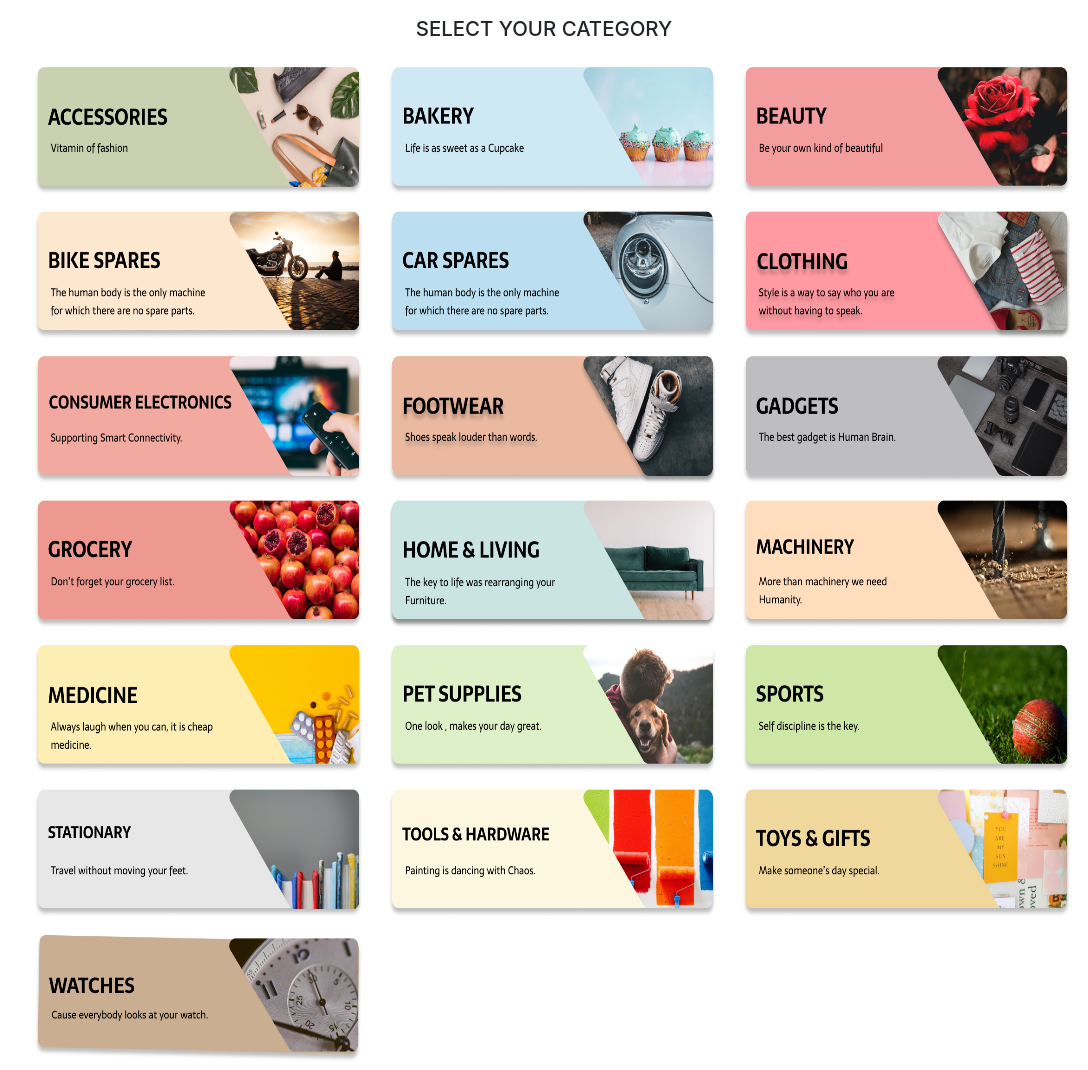
Repository: simranbhurat/WhiteLeaf
Page: frontend/category.html
These files come from the project's save history. The page is drawn as it stood at one moment and after the next save; the edit follows.
The browser window is 1280 px wide. The pictures show the whole page, at 85% of full size.
Some web libraries are served in a nearby version.

Above is the page before, as saved 2020-07-24 23:09:23.

After the next save:
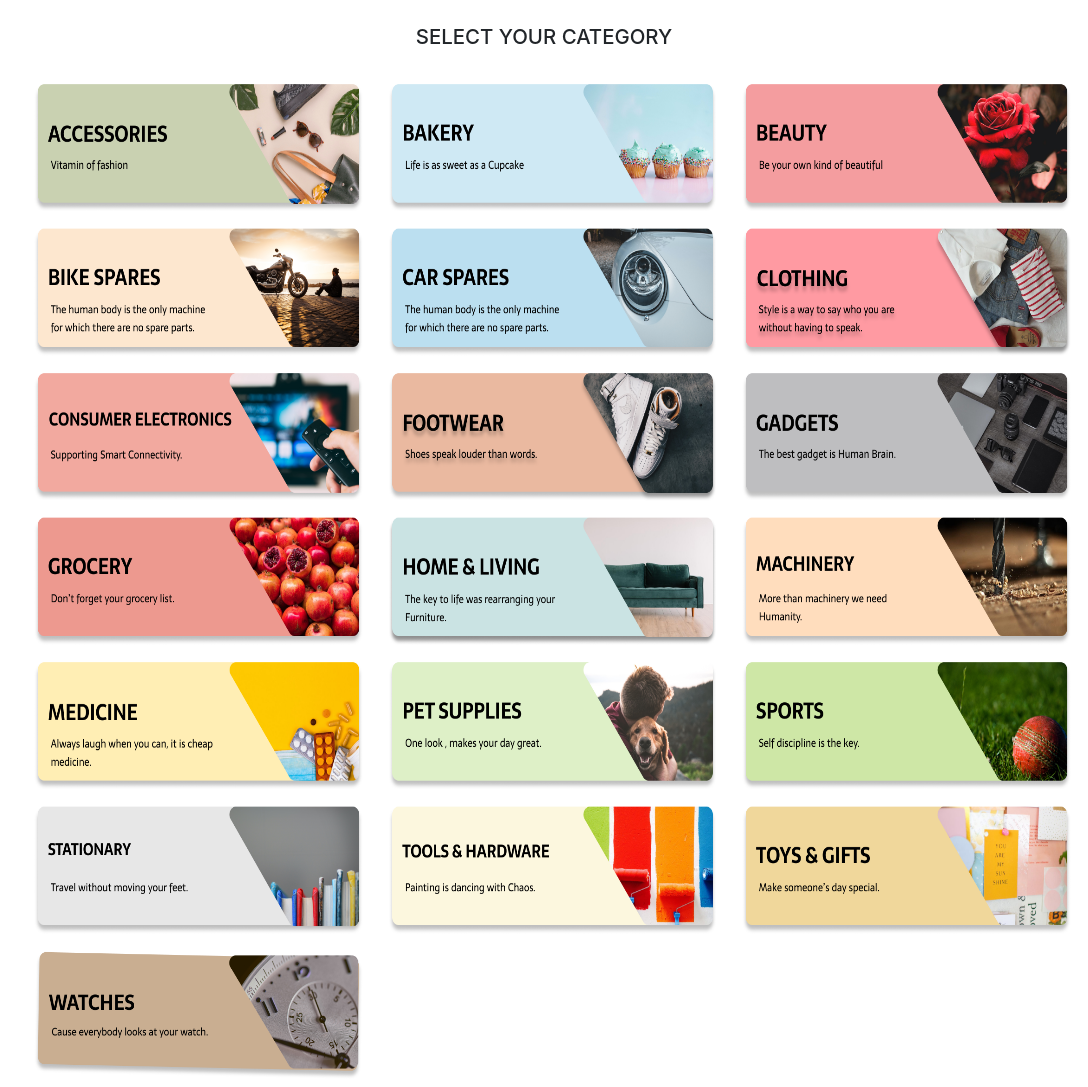
Saved 28 s later.
--- a/frontend/category.html
+++ b/frontend/category.html
@@ -24,7 +24,7 @@
 <body>
 
     <div class="container-fluid">
-        <h4  style="text-align:center; margin:20px">SELECT YOUR CATEGORY</h4>
+        <h4  style="text-align:center; margin:30px">SELECT YOUR CATEGORY</h4>
         <form class="needs-validation" novalidate class="modal-content animate">
             <div class="container-fluid">
 
